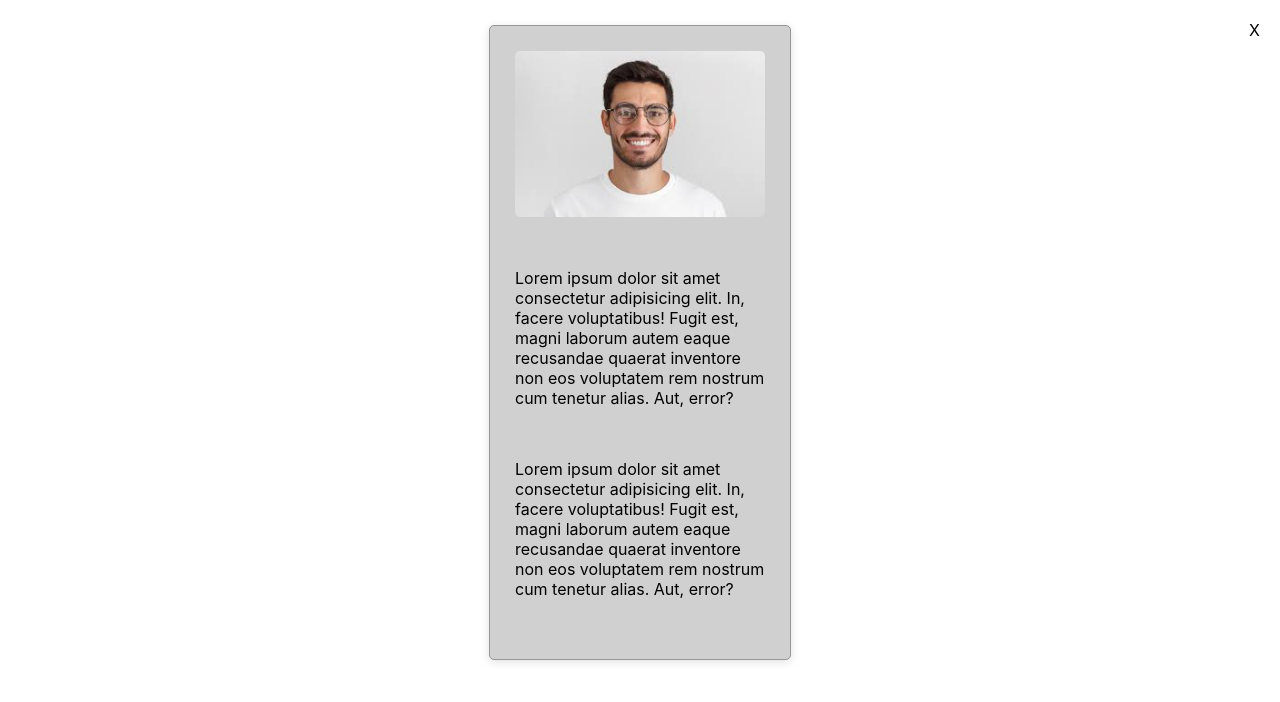
Repository: mikelnorth/team-profile-demo
Page: /
These files come from the project's save history. The page is drawn as it stood at one moment and after the next save; the edit follows.
The browser window is 1280 px wide. The pictures show the whole page.
The project was rebuilt for these pictures with package versions that can differ from the ones it lists, and the page was loaded fresh each time.

Above is the page before, as saved 2022-05-19 19:14:54.

After the next save:
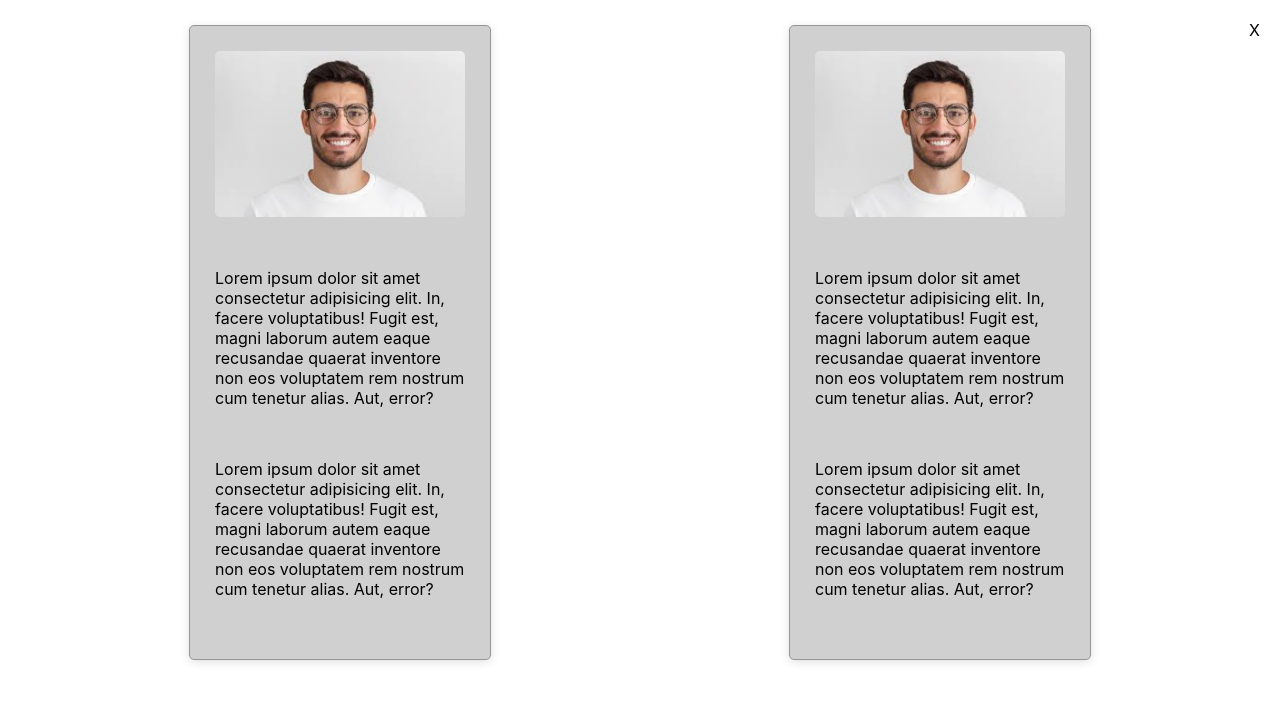
Saved 28 s later.
--- a/src/api/person.js
+++ b/src/api/person.js
@@ -5,6 +5,10 @@
     {
       image: headshot,
       text: "Lorem ipsum dolor sit amet consectetur adipisicing elit. Maiores dicta id, voluptatum consectetur, rem obcaecati nulla veniam quasi cupiditate consequatur impedit architecto neque amet magni accusamus ex! Rerum, ipsa quo."
+    },
+    {
+      image: headshot,
+      text: "beans"
     }
   ];
 }

After the 5 saves that followed:
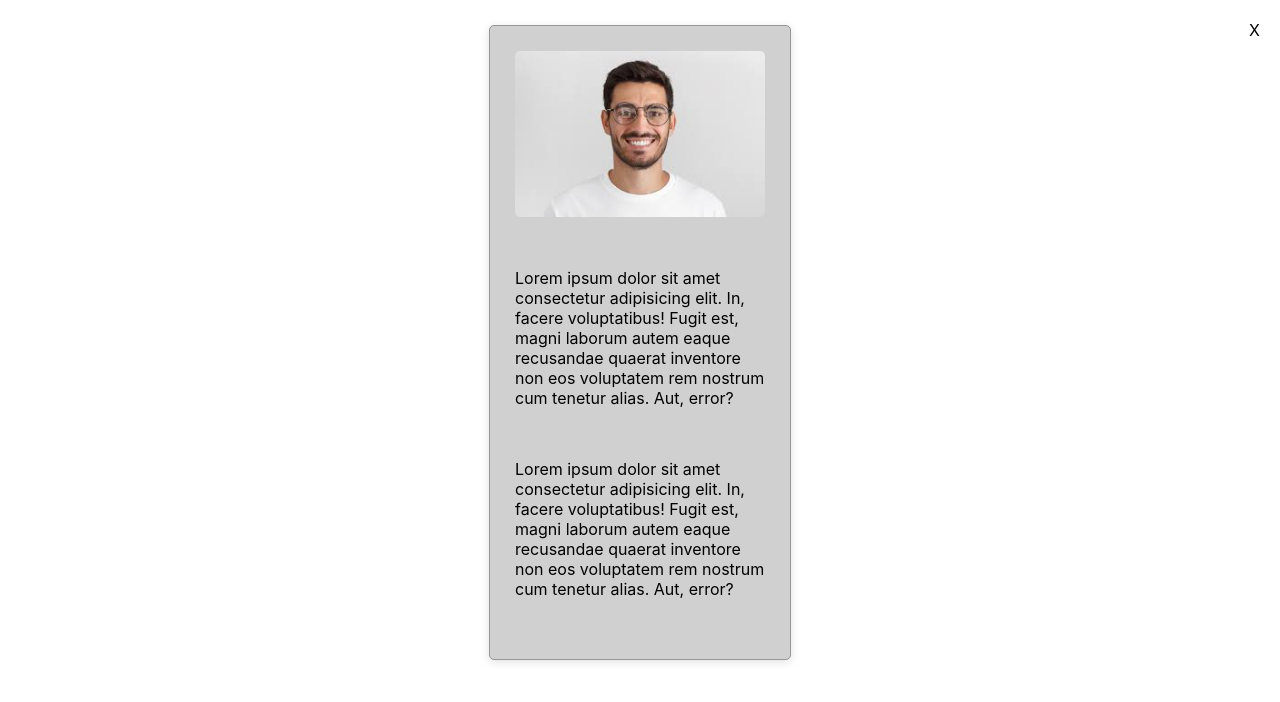
The 5 saves are shown as one change because 4 left the picture as it was.
The last was saved 2 min 41 s later.
--- a/src/App.js
+++ b/src/App.js
@@ -13,7 +13,8 @@ function App() {
       <nav className="nav">X</nav>
 
       <main>
-        {people.map(() => {
+        {people.map((person) => {
+          console.log(people);
           return <Card/>
         })}
       </main>
--- a/src/api/person.js
+++ b/src/api/person.js
@@ -5,10 +5,6 @@
     {
       image: headshot,
       text: "Lorem ipsum dolor sit amet consectetur adipisicing elit. Maiores dicta id, voluptatum consectetur, rem obcaecati nulla veniam quasi cupiditate consequatur impedit architecto neque amet magni accusamus ex! Rerum, ipsa quo."
-    },
-    {
-      image: headshot,
-      text: "beans"
     }
   ];
 }
